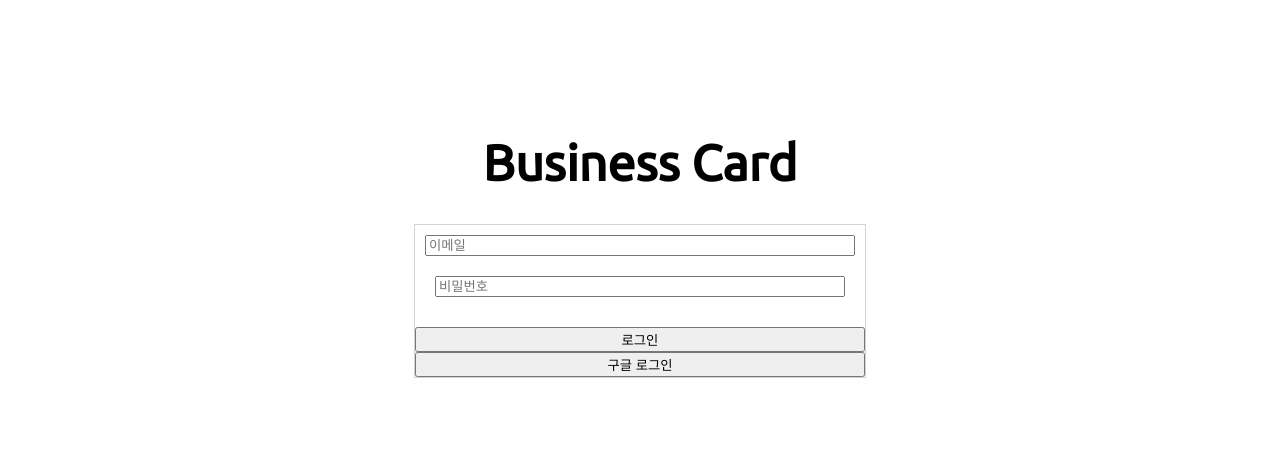
Repository: momo0170/react_businesscard
Page: /login
The author's editor kept a copy of each file at every save. The page is drawn from the files as they stood at one save, then again after the next save.
The browser window is 1280 px wide. The pictures show the whole page.
The page's requests for data from a server got no answer. The project was rebuilt for these pictures with package versions that can differ from the ones it lists, and the page was loaded fresh each time. No one was signed in, and anything a server would have sent is missing.

Above is the page before, as saved 2022-08-10 19:42:39.

After the next save:
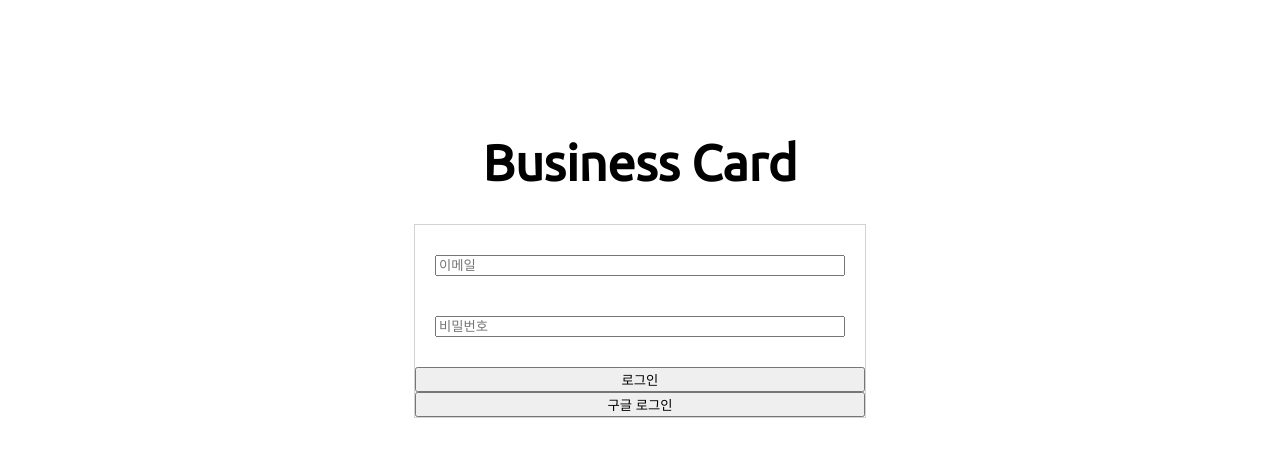
Saved 17 s later.
--- a/src/css/login.module.css
+++ b/src/css/login.module.css
@@ -22,7 +22,7 @@
   margin: 10px 10px;
 }
 
-.idk,
+.id,
 .password {
   margin: 20px 10px;
 }
